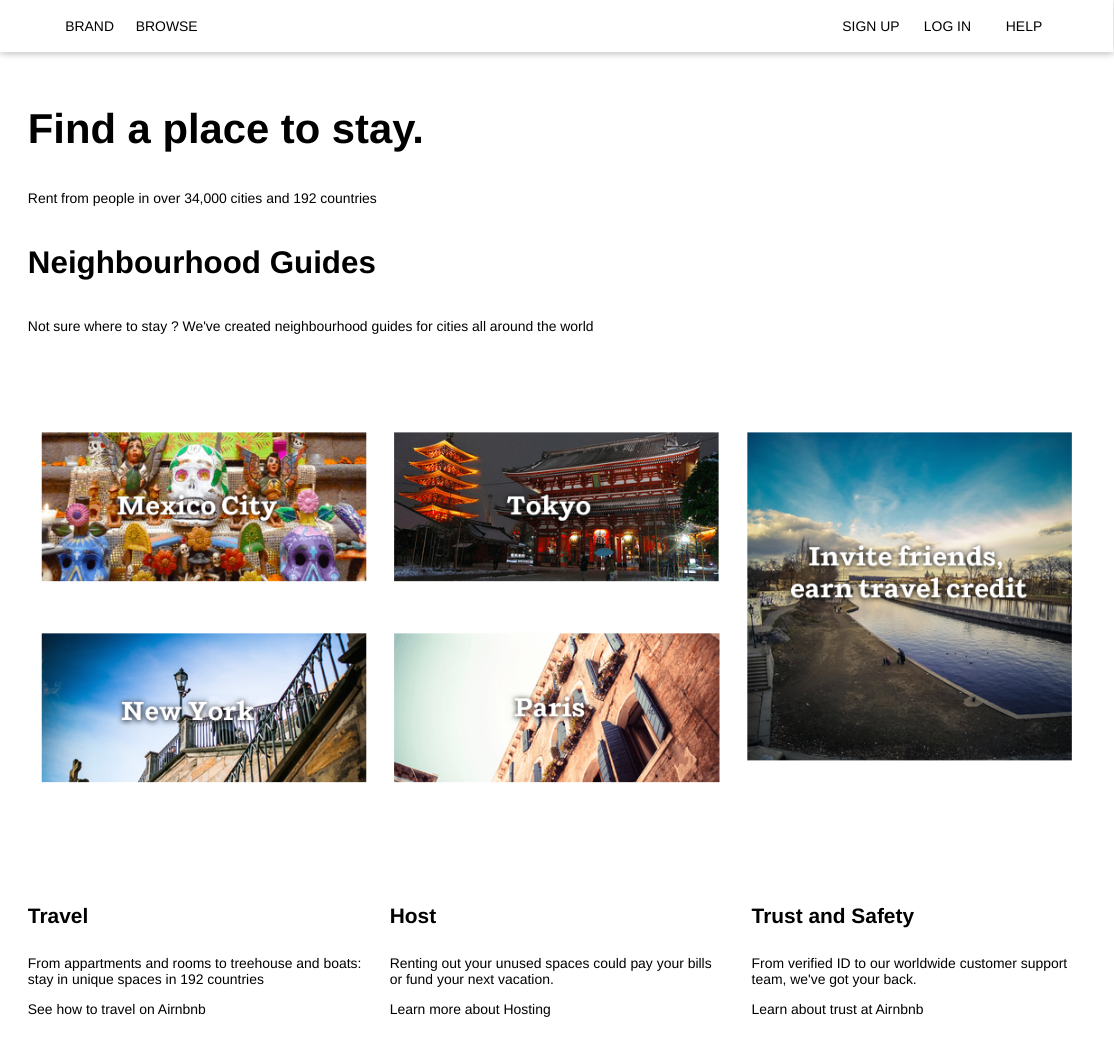
Repository: Naohonproject/web101x02-asm3
Page: Project3.html
The author's editor kept a copy of each file at every save. The page is drawn from the files as they stood at one save, then again after the next save.
The browser window is 1280 px wide. The pictures show the whole page, at 87% of full size.

Above is the page before, as saved 2022-01-22 14:58:21.

After the next save:
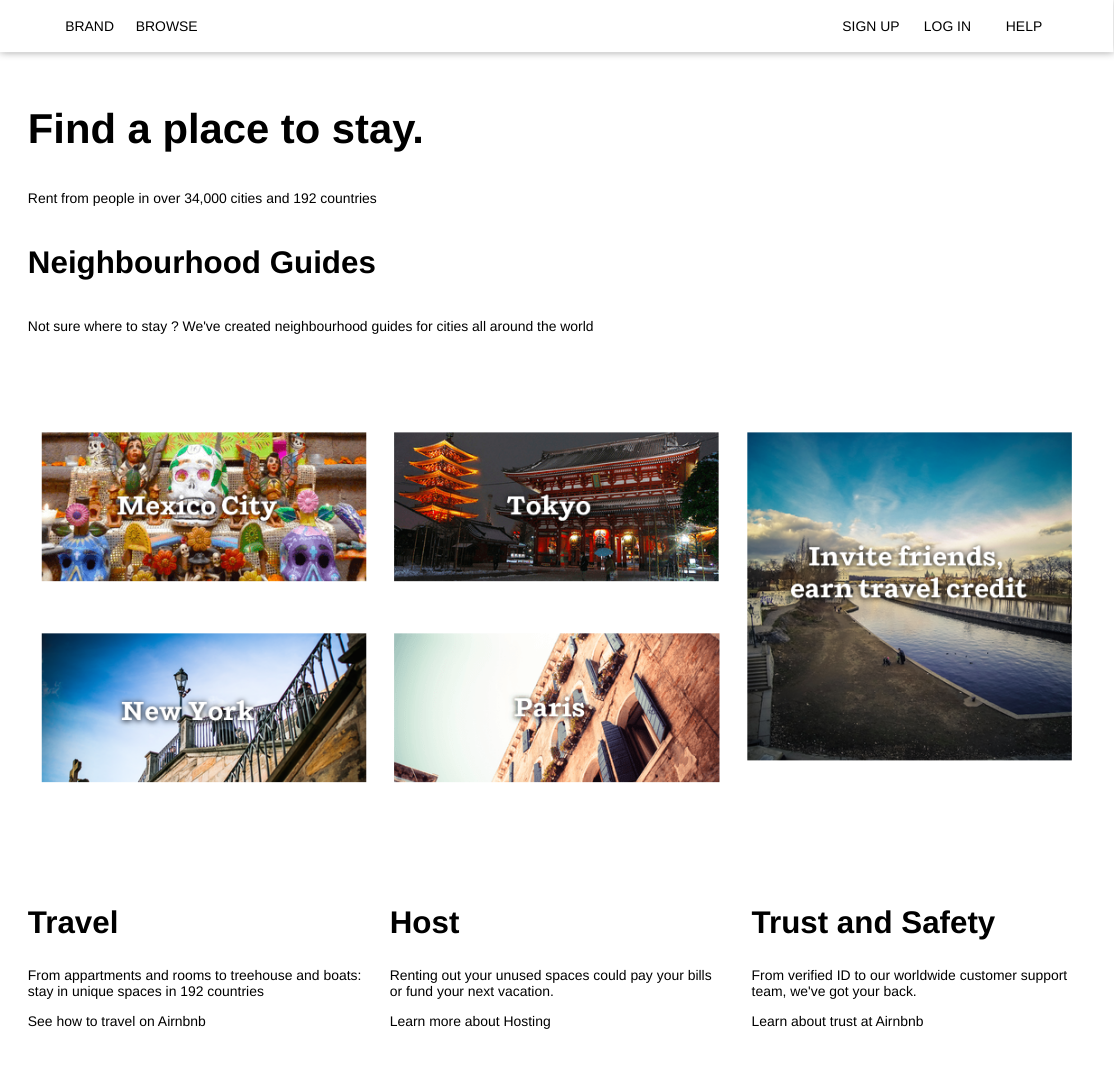
Saved 94 s later.
--- a/assets/css/layout.css
+++ b/assets/css/layout.css
@@ -14,7 +14,7 @@
 }
 
 .bold-text {
-	font-size: 24px;
+	font-size: 36px;
 	font-weight: bold;
 }
 
